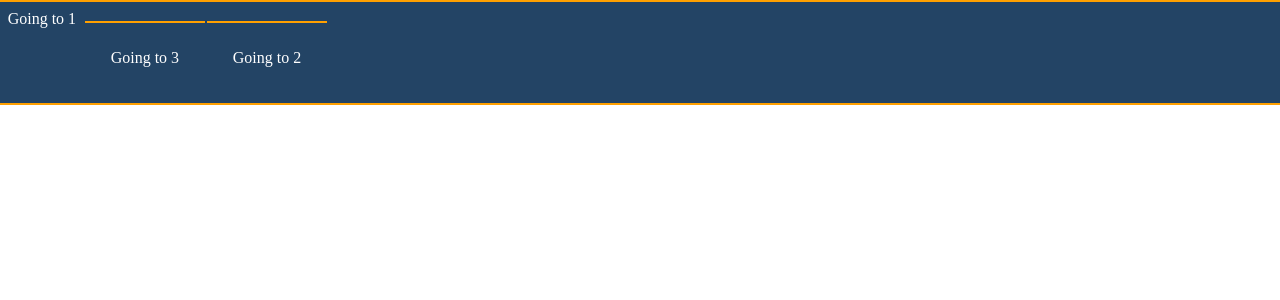
Repository: vsterev/origami
Page: /
These files come from the project's save history. The page is drawn as it stood at one moment and after the next save; the edit follows.
The browser window is 1280 px wide. The pictures show the whole page.
The project was rebuilt for these pictures with package versions that can differ from the ones it lists, and the page was loaded fresh each time.

Above is the page before, as saved 2020-07-12 08:06:46.

### public/index.html
<!DOCTYPE html>
<html lang="en">
  <head>
    <meta charset="utf-8" />
    <link rel="icon" href="%PUBLIC_URL%/favicon.ico" />
    <meta name="viewport" content="width=device-width, initial-scale=1" />
    <meta name="theme-color" content="#000000" />
    <meta
      name="description"
      content="Web site created using create-react-app"
    />
    <link rel="apple-touch-icon" href="%PUBLIC_URL%/logo192.png" />
    <!--
      manifest.json provides metadata used when your web app is installed on a
      user's mobile device or desktop. See https://developers.google.com/web/fundamentals/web-app-manifest/
    -->
    <!--
      Notice the use of %PUBLIC_URL% in the tags above.
      It will be replaced with the URL of the `public` folder during the build.
      Only files inside the `public` folder can be referenced from the HTML.

      Unlike "/favicon.ico" or "favicon.ico", "%PUBLIC_URL%/favicon.ico" will
      work correctly both with client-side routing and a non-root public URL.
      Learn how to configure a non-root public URL by running `npm run build`.
    -->
    <title>Origami workshop</title>
  </head>
  <body>
    <noscript>You need to enable JavaScript to run this app.</noscript>
    <div id="root"></div>
    <!--
      This HTML file is a template.
      If you open it directly in the browser, you will see an empty page.

      You can add webfonts, meta tags, or analytics to this file.
      The build step will place the bundled scripts into the <body> tag.

      To begin the development, run `npm start` or `yarn start`.
      To create a production bundle, use `npm run build` or `yarn build`.
    -->
  </body>
</html>

### src/index.css

@import url('https://fonts.googleapis.com/css?family=Indie+Flower&display=swap');
* {
    margin: 0;
    padding: 0;
    font-family: 'Indie- Flower', cursive;
}

### src/App.js
import React from 'react';
import './App.css';
import Header from './components/header'
function App() {
  return (
    <div className="App">
      <Header />
    </div>
  );
}

export default App;

### src/App.css
.App {
  max-width: 100%;
  margin: 0 auto;
}

.Container {
  margin-top: 8.5%;
  padding: 0.5%;
  /* border: 1px solid purple; */
  margin-bottom: 0.1%;
}

### src/components/header/index.js
import React from 'react'
import './styles.css'

function Header() {
    return (
        <nav className="Navigation">
            <ul className="listItem" a href="#">Going to 1</ul>
            <ul className="listItem" a href="#">Going to 3</ul>
            <ul className="listItem" a href="#">Going to 2</ul>
        </nav>
    )
}
export default Header

### src/components/header/styles.css
.Navigation {
    width: 100%;
    height: 14vh;
    background-color: #234465;
    color: white;
    position: fixed;
    top: 0;
    border-bottom: 2px solid #ffa000;
    border-top: 2px solid #ffa000;
}
nav .listItem a {
    color: white;
    text-decoration: none;
}

nav .listItem, footer .listItem {
    display: inline-block;
    height: auto;
    margin-right: 2%;
    cursor: pointer;
    padding: 0.5%;
    margin: 0.1%;
    vertical-align: top;
}

nav .listItem:not(:first-child) {
    padding: 2%;
    margin-top: 1.5%;
    border-top: 2px solid #ffa000;
}

nav .listItem:hover {
    border-top: none;
    border-bottom: 2px solid #ffa000;
    font-weight: bold;
}

Loaded but not shown: src/index.js (common file)

After the next save:
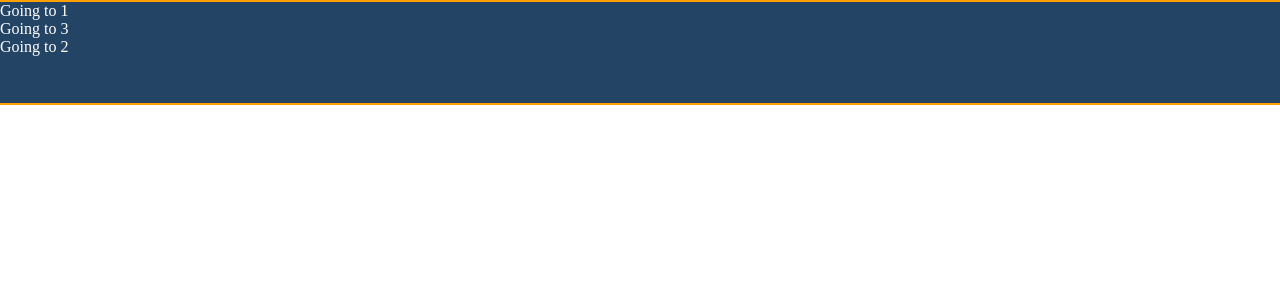
Saved 15 s later.
--- a/src/components/header/styles.css
+++ b/src/components/header/styles.css
@@ -8,29 +8,3 @@
     border-bottom: 2px solid #ffa000;
     border-top: 2px solid #ffa000;
 }
-nav .listItem a {
-    color: white;
-    text-decoration: none;
-}
-
-nav .listItem, footer .listItem {
-    display: inline-block;
-    height: auto;
-    margin-right: 2%;
-    cursor: pointer;
-    padding: 0.5%;
-    margin: 0.1%;
-    vertical-align: top;
-}
-
-nav .listItem:not(:first-child) {
-    padding: 2%;
-    margin-top: 1.5%;
-    border-top: 2px solid #ffa000;
-}
-
-nav .listItem:hover {
-    border-top: none;
-    border-bottom: 2px solid #ffa000;
-    font-weight: bold;
-}
